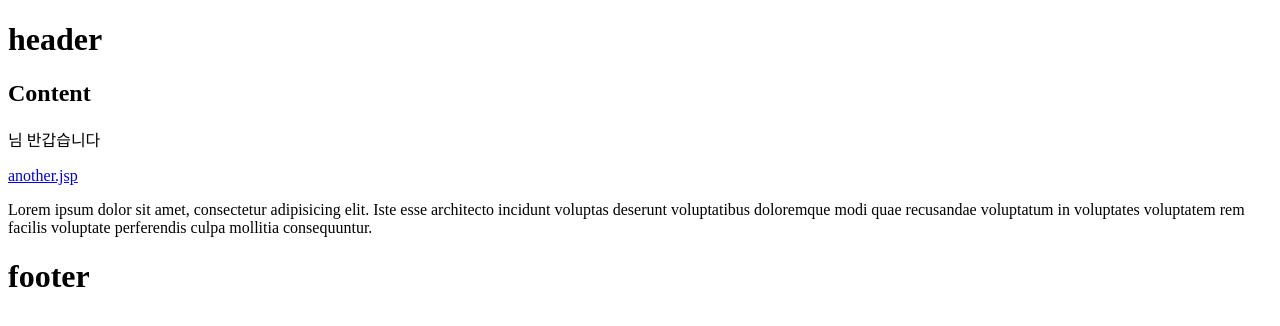
Repository: kianpas/KH_Server
Page: http://localhost/01_helloweb/jsp/include.jsp
These files come from the project's save history. The page is drawn as it stood at one moment and after the next save; the edit follows.
The browser window is 1280 px wide. The pictures show the whole page.
The page is served by Tomcat 9.

Above is the page before, as saved 2021-03-24 12:31:19.

After the next save:
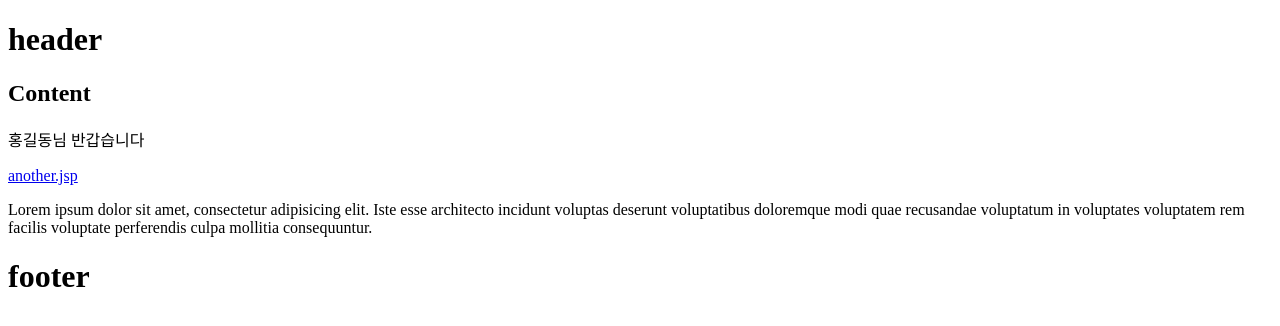
Saved 12 s later.
--- a/01_helloweb/WebContent/jsp/include.jsp
+++ b/01_helloweb/WebContent/jsp/include.jsp
@@ -2,7 +2,7 @@
 	pageEncoding="UTF-8"%>
 	<%@ include file="/jsp/header.jsp" %>
 		<h1>Content</h1>
-		<p>님 반갑습니다</p>
+		<p><%= name %>님 반갑습니다</p>
 		<a href="/web/jsp/another.jsp">another.jsp</a>
 		<p>Lorem ipsum dolor sit amet, consectetur adipisicing elit. Iste
 			esse architecto incidunt voluptas deserunt voluptatibus doloremque
